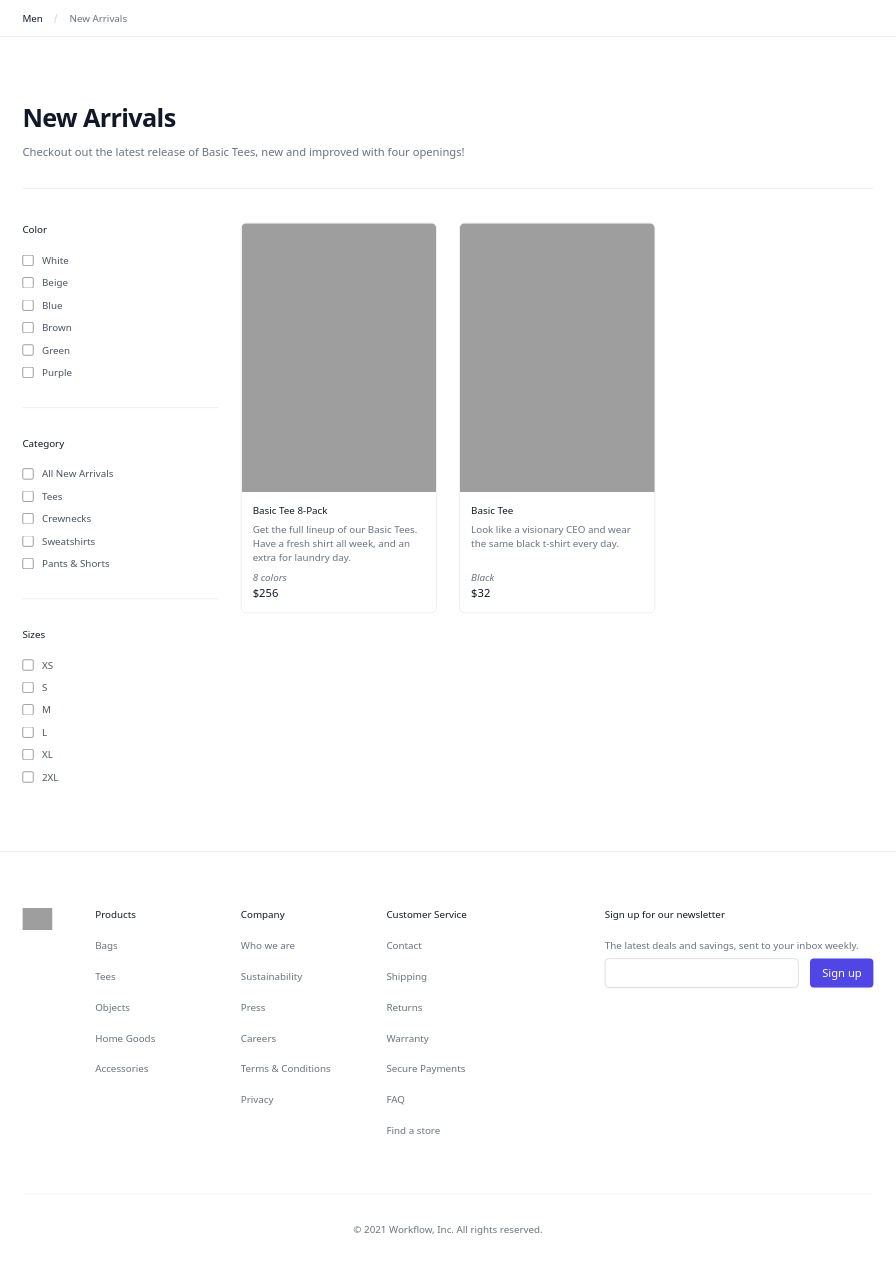
Repository: thasquirrie/animal-farm
Page: /Home
These files come from the project's save history. The page is drawn as it stood at one moment and after the next save; the edit follows.
The browser window is 1280 px wide. The pictures show the whole page, at 70% of full size.
Pictures or frames that could not be fetched are drawn as grey boxes. The project was rebuilt for these pictures with package versions that can differ from the ones it lists, and the page was loaded fresh each time. The framework's server and built-in components were replaced by stand-ins that run in the browser. Also part of the build but not shown: next.config.js.

Above is the page before, as saved 2021-10-01 01:56:02.

After the next save:
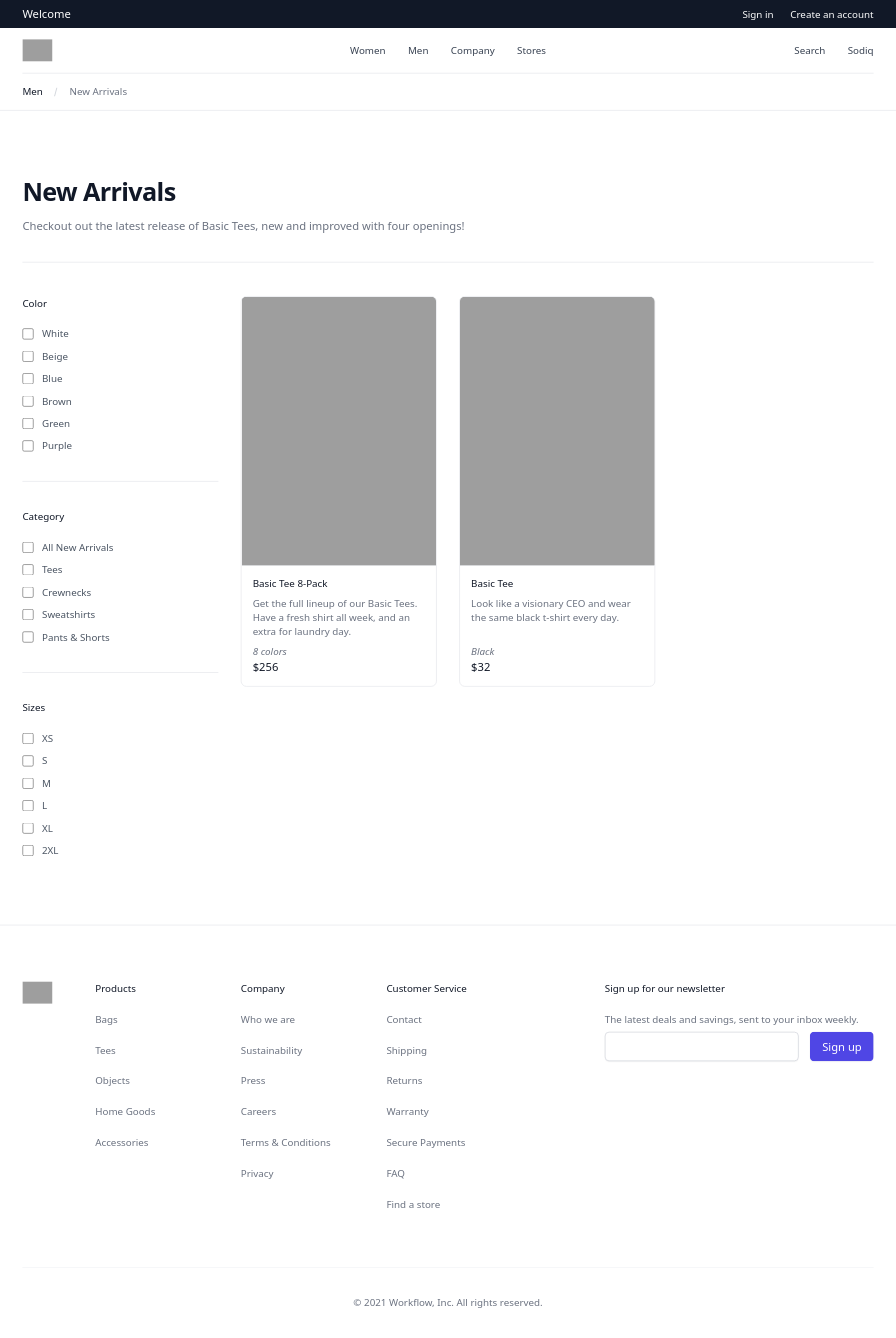
Saved 5 min 16 s later.
--- a/pages/Home.jsx
+++ b/pages/Home.jsx
@@ -30,6 +30,7 @@ import {
   XIcon,
 } from '@heroicons/react/outline';
 import { ChevronDownIcon, PlusSmIcon } from '@heroicons/react/solid';
+import Header from '../components/Header';
 
 const navigation = {
   categories: [
@@ -263,6 +264,7 @@ export default function Example() {
 
   return (
     <div className='bg-white'>
+      <Header />
       <div>
         {/* Mobile filter dialog */}
         <Transition.Root show={mobileFiltersOpen} as={Fragment}>
